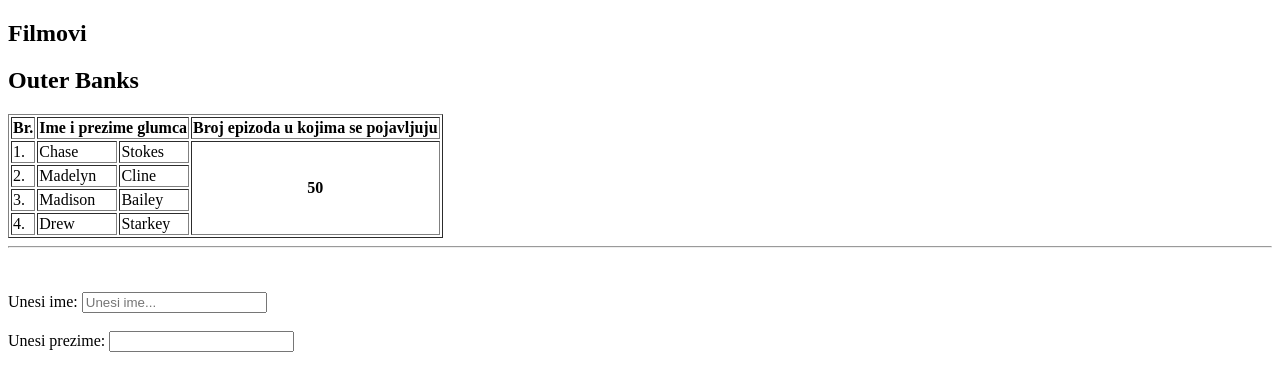
Repository: larabiondic/wp_biondic_lara
Page: Domace zadace/Zadaća.2.html
An editor plug-in stored every save of this project. The page is shown before and after the next save, followed by the edit.
The browser window is 1280 px wide. The pictures show the whole page.

Above is the page before, as saved 2025-11-03 20:31:25.

After the next save:
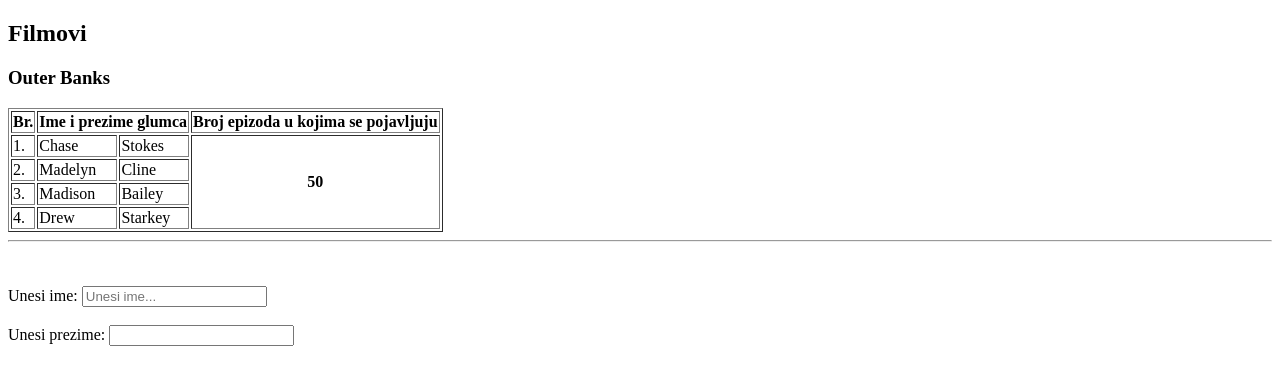
Saved 48 s later.
--- a/Domace zadace/Zadaća.2.html
+++ b/Domace zadace/Zadaća.2.html
@@ -9,7 +9,7 @@
 </head>
 <body>
     <h2>Filmovi</h2>
-    <h2>Outer Banks</h2>
+    <h3>Outer Banks</h3>
     <table border="1">
         <tr>
             <th>Br.</th>
